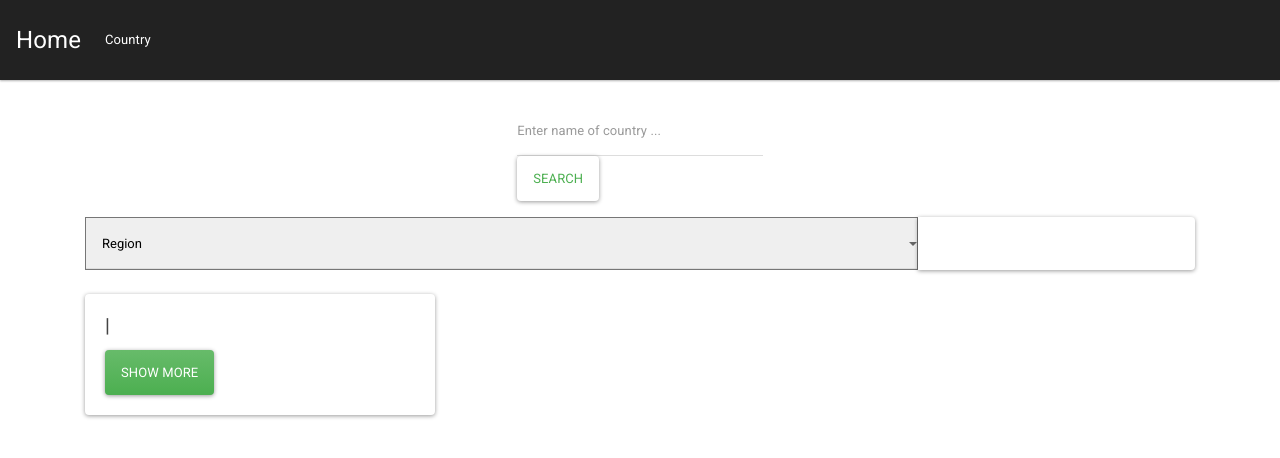
Repository: abdelhak-f/Countries_React
Page: / (app in client/)
The author's editor kept a copy of each file at every save. The page is drawn from the files as they stood at one save, then again after the next save.
The browser window is 1280 px wide. The pictures show the whole page.
The page's requests for data from a server got no answer. The project was rebuilt for these pictures with package versions that can differ from the ones it lists, and the page was loaded fresh each time. No one was signed in, and anything a server would have sent is missing. Also part of the build but not shown: client/src/components/countrys/ProfilCountry.jsx.

Above is the page before, as saved 2021-05-12 10:59:04.

After the next save:
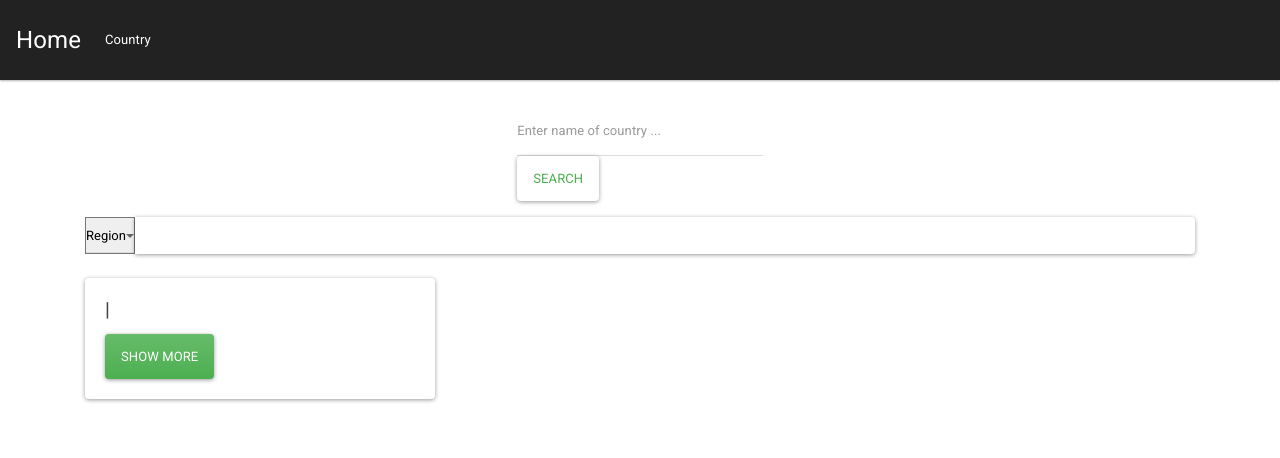
Saved 16 s later.
--- a/client/src/components/countrys/ContinentRegion.jsx
+++ b/client/src/components/countrys/ContinentRegion.jsx
@@ -28,7 +28,7 @@
 
     return (
         <div className= 'card-group select '>
-            <select name='name' onChange={e => setInput(e.target.value)} className="form-select form-select-sm  w-75 p-3" aria-label=".form-select-sm example">
+            <select name='name' onChange={e => setInput(e.target.value)} className="form-select ">
                 <option selected>Region</option>
                 {/* <option value="All">All</option> */}
                 <option value="Africa">Africa</option>

After the save that followed:
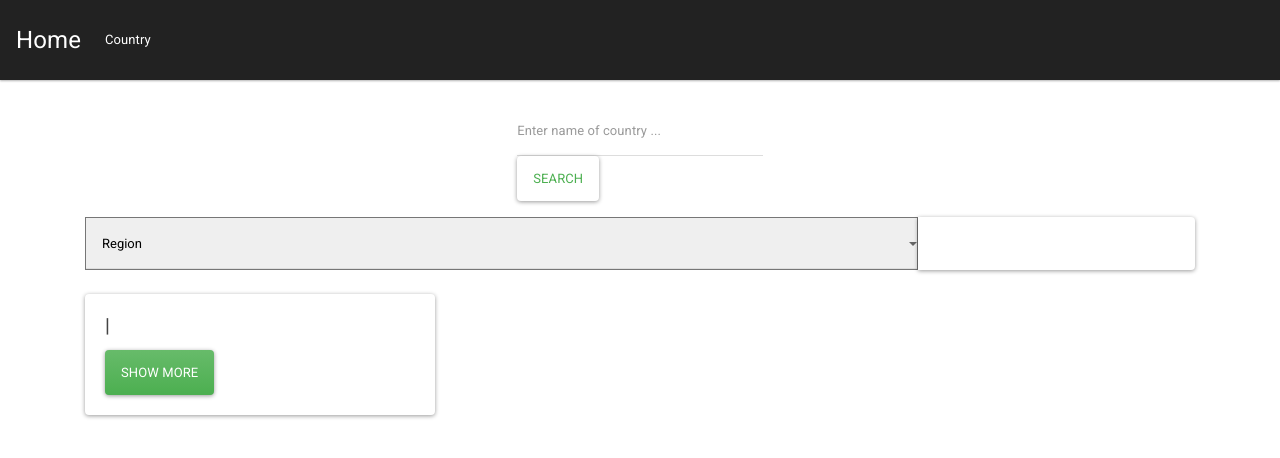
Saved 22 s later.
--- a/client/src/components/countrys/ContinentRegion.jsx
+++ b/client/src/components/countrys/ContinentRegion.jsx
@@ -28,7 +28,7 @@
 
     return (
         <div className= 'card-group select '>
-            <select name='name' onChange={e => setInput(e.target.value)} className="form-select ">
+            <select name='name' onChange={e => setInput(e.target.value)} className="form-select form-select-sm  w-75 p-3" aria-label=".form-select-sm example">
                 <option selected>Region</option>
                 {/* <option value="All">All</option> */}
                 <option value="Africa">Africa</option>
